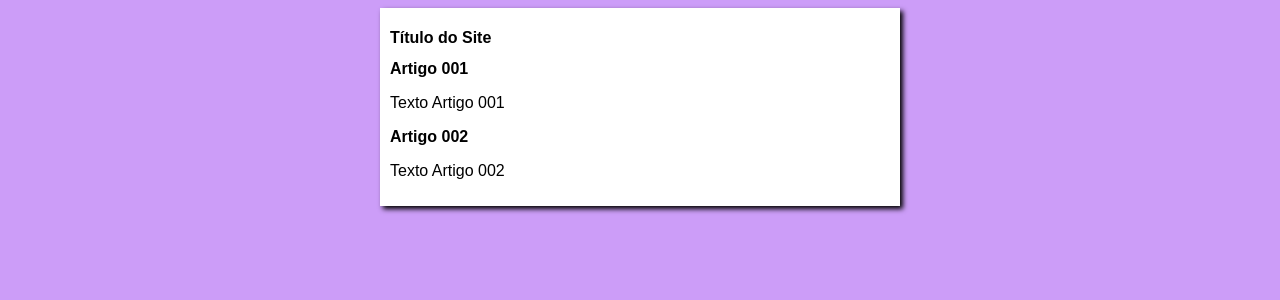
Repository: AnthonyLuanSantos/projeto-site
Page: index.html
An editor plug-in stored every save of this project. The page is shown before and after the next save, followed by the edit.
The browser window is 1280 px wide. The pictures show the whole page.

Above is the page before, as saved 2024-08-18 20:46:54.

### index.html
<!DOCTYPE html>
<html lang="pt-br">
<head>
    <meta charset="UTF-8">
    <meta name="viewport" content="width=device-width, initial-scale=1.0">
    <title>Título do Site</title>
    <link rel="stylesheet" href="style.css">
</head>
<body>
    <main>
        <header>
            <h1>Título do Site</h1>
        </header>
        <article>
            <h2>Artigo 001</h2>
            <p>Texto Artigo 001</p>
        </article>
        <article>
            <h2>Artigo 002</h2>
            <p>Texto Artigo 002</p>
        </article>
    </main>
</body>
</html>

### style.css
*{
    font-family: Arial, Helvetica, sans-serif;
    font-size: 16px;
}
body{
    background-color: rgb(204,157,248);
}
main{
    background-color: white;
    width: 500px;
    margin: auto;
    padding: 10px;
    box-shadow: 3px 3px 5px ;
}

After the next save:
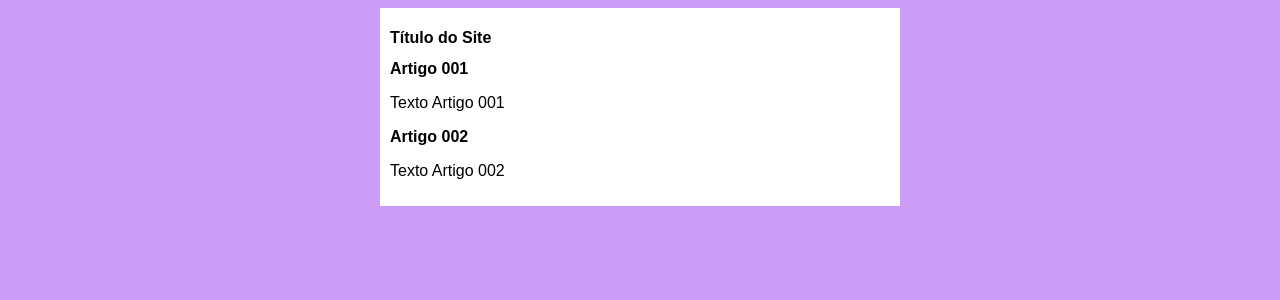
Saved 4 s later.
--- a/style.css
+++ b/style.css
@@ -10,5 +10,5 @@
     width: 500px;
     margin: auto;
     padding: 10px;
-    box-shadow: 3px 3px 5px ;
+    box-shadow: 3px 3px 5px rgba(red, green, blue, alpha);
 }
